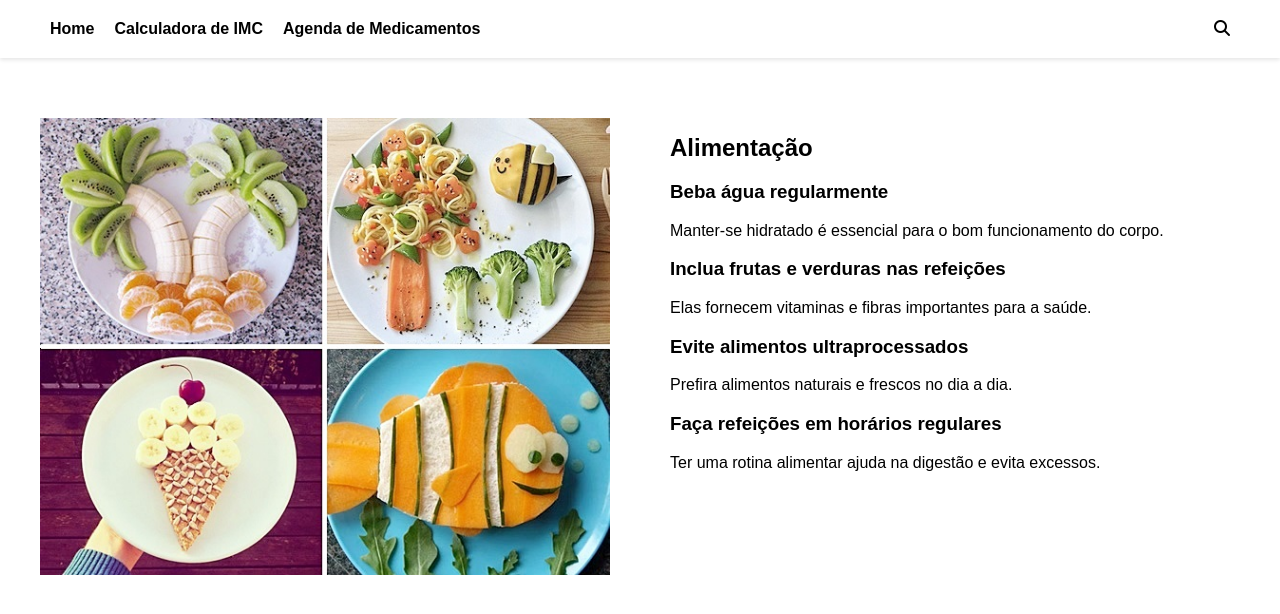
Repository: Cristiane-Sartori14/dicasSaude
Page: index.html
These files come from the project's save history. The page is drawn as it stood at one moment and after the next save; the edit follows.
The browser window is 1280 px wide. The pictures show the whole page.

Above is the page before, as saved 2025-05-18 21:37:27.

### index.html
<!DOCTYPE html>
<html lang="en">
<head>
    <meta charset="UTF-8">
    <meta name="viewport" content="width=device-width, initial-scale=1.0">
    <title>Dicas de Saúde</title>
    <link rel="stylesheet" href="style.css">

   <link rel="stylesheet" href="https://cdnjs.cloudflare.com/ajax/libs/font-awesome/6.5.0/css/all.min.css">

</head>
<body>
    <!--Cabeçalho-->
    <header class="header">
        <div class="nav-container">
            <nav>
                <ul class="nav-links">
                    <li><a href="#">Home</a></li>
                    <li><a href="#">Calculadora de IMC</a></li>
                    <li><a href="#">Agenda de Medicamentos</a></li>
                </ul>
            </nav>
            <div class="header-icons">
                <div class="icon search-icon">
                    <i class="fa-solid fa-magnifying-glass"></i>
                </div>
            </div>
        </div>
    </header>

     <!--Detalhes do página-->
     <div class="health-container">
        <div class="health-image">
            <img src="img/alimento.jpg" alt="Alimentação Saudável">
        </div>

        <div class="health-details">
        <h1 class="health-title">Alimentação</h1>

        <h3>Beba água regularmente</h3>
        <p>Manter-se hidratado é essencial para o bom funcionamento do corpo.</p>

        <h3>Inclua frutas e verduras nas refeições</h3>
        <p>Elas fornecem vitaminas e fibras importantes para a saúde.</p>

        <h3>Evite alimentos ultraprocessados</h3>
        <p>Prefira alimentos naturais e frescos no dia a dia.</p>

        <h3>Faça refeições em horários regulares</h3>
        <p>Ter uma rotina alimentar ajuda na digestão e evita excessos.</p>

        </div>

     </div>



</body>
</html>

### style.css
body {
    margin: 0;
    font-family: Arial, Helvetica, sans-serif;
}

/*Cabeçalho*/
.header {
    padding: 10px 50px;
    background-color: #fff;
    box-shadow: 0 2px 4px rgba(0, 0, 0, 0.1);
    margin-bottom: 40px;
}

.nav-container {
    max-width: 1200px; /*largura máxima do texto*/
    margin: 0 auto;
    display: flex;
    justify-content: space-between; /*centraliza eles*/
    align-items: center;
    padding: 10px 0;
}

.nav-links {
    list-style: none;
    display: flex;
    gap: 20px;
    margin: 0;
    padding: 0;
}

.nav-links a {
    text-decoration: none; /*tirar o _*/
    color: #000;
    font-weight: bold;
    transition: 0.4s;
}

.nav-links a:hover, .header-icons i:hover {
    color: #ccc;
}

.header-icons {
    display: flex;
    gap: 20px
}

/*Detalhes do página*/
.health-container{
    display: flex;
    max-width: 1200px;
    margin: 0 auto;
    padding: 20px 0;
    gap: 20px;
}

.health-image {
  flex: 2;
  padding-right: 20px;
}

.health-image img {
  max-width: 100%;
  height: auto;
  display: block;
}

.health-details {
  flex: 2;
  padding-left: 20px;
}

.health-title {
  font-size: 24px;
  margin-bottom: 15px;
}

After the next save:
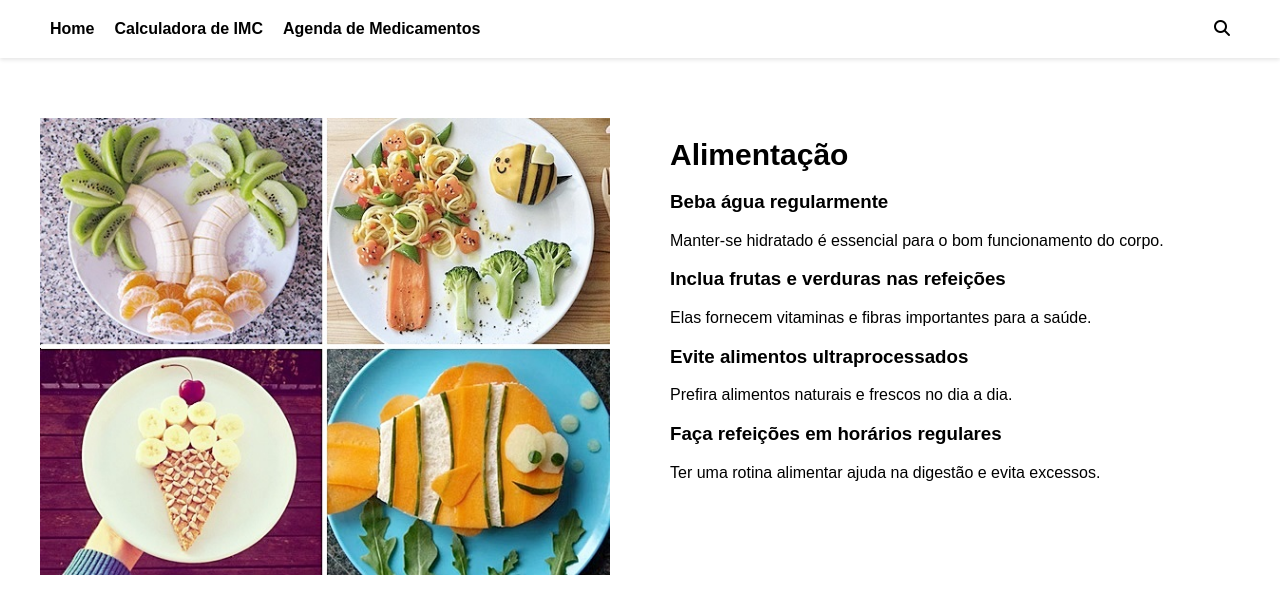
Saved 9 s later.
--- a/style.css
+++ b/style.css
@@ -70,6 +70,6 @@ body {
 }
 
 .health-title {
-  font-size: 24px;
+  font-size: 30px;
   margin-bottom: 15px;
 }
